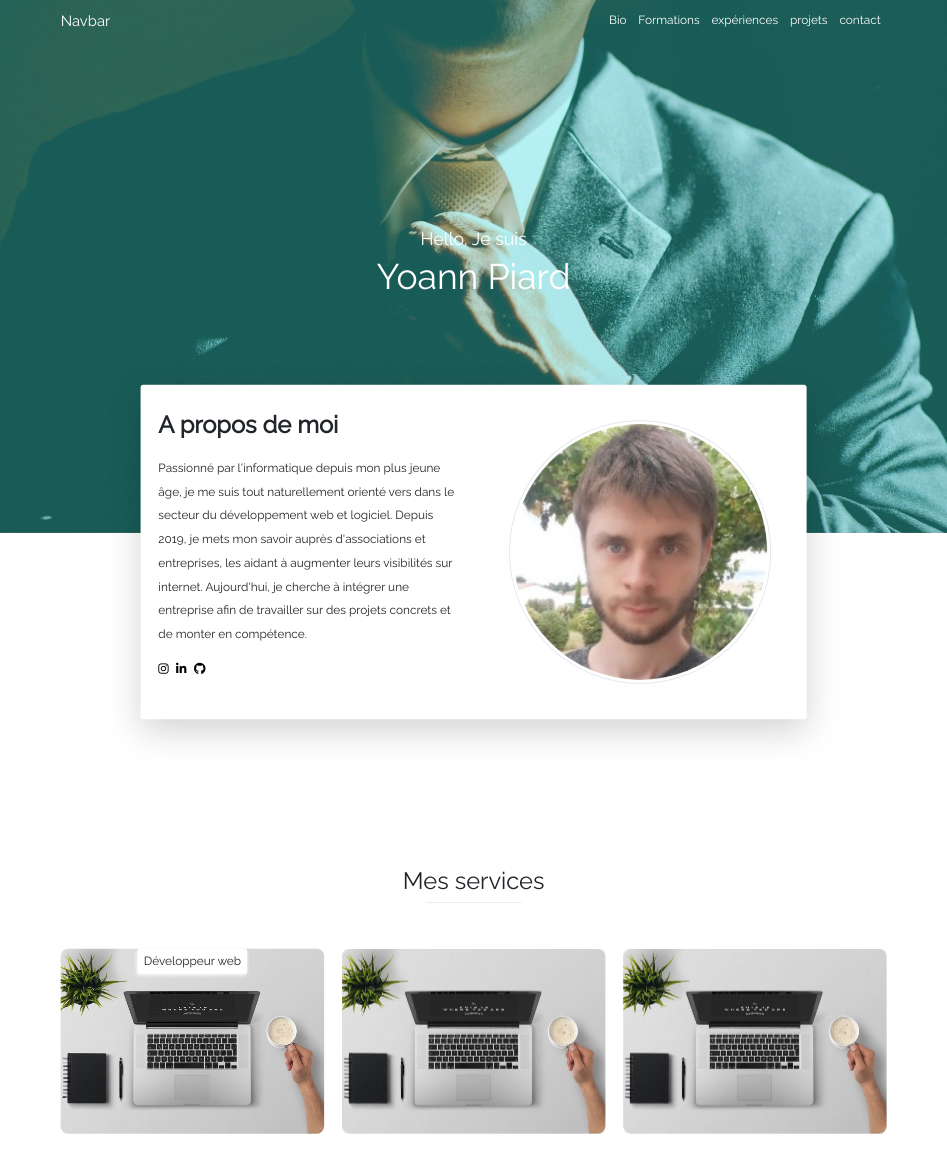
Repository: ypiard85/port-folio-bootstrap-yoann-2021
Page: index.html
An editor plug-in stored every save of this project. The page is shown before and after the next save, followed by the edit.
The browser window is 1280 px wide. The pictures show the whole page, at 74% of full size.
The pointer rests on the first visible `.service_card`.

Above is the page before, as saved 2021-03-09 16:00:09.
Console error: TypeError: window.onload is not a function

### index.html
<!DOCTYPE html>
<html lang="en">
  <head>
    <meta charset="UTF-8" />
    <meta http-equiv="X-UA-Compatible" content="IE=edge" />
    <meta name="viewport" content="width=device-width, initial-scale=1.0" />
    <link rel="stylesheet" href="https://use.fontawesome.com/releases/v5.15.2/css/all.css" integrity="sha384-vSIIfh2YWi9wW0r9iZe7RJPrKwp6bG+s9QZMoITbCckVJqGCCRhc+ccxNcdpHuYu" crossorigin="anonymous">    <!-- CSS only -->
    <link rel="stylesheet" href="./resource/style.css" />
    <link
      href="https://cdn.jsdelivr.net/npm/bootstrap@5.0.0-beta2/dist/css/bootstrap.min.css"
      rel="stylesheet"
      integrity="sha384-BmbxuPwQa2lc/FVzBcNJ7UAyJxM6wuqIj61tLrc4wSX0szH/Ev+nYRRuWlolflfl"
      crossorigin="anonymous"
    />
    <title>Document</title>
  </head>
  <body>
    <nav class="navbar position-fixed w-100 navbar-expand-lg navbar-light">
      <div class="container">
        <a class="navbar-brand" href="#">Navbar</a>
        <button
          class="navbar-toggler"
          type="button"
          data-bs-toggle="collapse"
          data-bs-target="#navbarNav"
          aria-controls="navbarNav"
          aria-expanded="false"
          aria-label="Toggle navigation"
        >
          <span class="navbar-toggler-icon"></span>
        </button>
        <div class="collapse navbar-collapse" id="navbarNav">
          <ul class="navbar-nav">
            <li class="nav-item">
              <a class="nav-link active" aria-current="page" href="#bio">Bio</a>
            </li>
            <li class="nav-item">
              <a class="nav-link" href="#formation">Formations</a>
            </li>
            <li class="nav-item">
              <a class="nav-link" href="#experience">expériences</a>
            </li>
            <li class="nav-item">
              <a class="nav-link" href="#projet">projets</a>
            </li>
            <li class="nav-item">
              <a class="nav-link" href="#contact">contact</a>
            </li>
          </ul>
        </div>
      </div>
    </nav>

    <header
      class="container-fluid flex-column
          d-flex align-items-center justify-content-center"
    >
      <h4>Hello, Je suis</h4>
      <h1>Yoann Piard</h1>
    </header>

    <section class="about_me in container">
      <div class="about_card rounded shadow-lg">
        <div class="container">
          <div class="row">
            <div class="col-md-6  col-sm-12 p-3 p-sm-4 align-self-center">
              <h2 class="mb-4" >A propos de moi</h2>
              <p>
                Passionné par l'informatique depuis mon plus jeune âge, je me
                suis tout naturellement orienté vers dans le secteur du
                développement web et logiciel. Depuis 2019, je mets mon savoir
                auprès d'associations et entreprises, les aidant à augmenter
                leurs visibilités sur internet. Aujourd'hui, je cherche à
                intégrer une entreprise afin de travailler sur des projets
                concrets et de monter en compétence.
              </p>
              <ul class="d-flex">
                  <li><a href=""><i class="fab fa-instagram"></i></a></li>
                  <li><a href=""><i class="fab fa-linkedin-in"></i></a></li>
                  <li><a href=""><i class="fab fa-github"></i></a></li>
              </ul>
            </div>
            <div class="col-md-6 col-sm-12 p-3 p-sm-5 d-none d-md-block">
              <img class="img-fluid img-thumbnail" src="./resource/image/yoann_piard.png" alt="" />
            </div>
          </div>
        </div>
      </div>
    </section>

    <section class="my_work">
        <div class="container">
            <h2 class="ttile_section text-center mb-5">Mes services</h2>
            <div class="row pt-4 pb-4">
                <div class="col-md-4">
                    <div class="service_card" style="background-image: url('./resource/services/laptop-1209008_1280.jpg')">
                        <div class="service_btn"><p class="rounded">Développeur web</p></div>
                        <div class="service_hover rounded"></div>
                    </div>
                </div>
                <div class="col-md-4">
                    <div class="service_card" style="background-image: url('./resource/services/laptop-1209008_1280.jpg')"></div>

                </div>
                <div class="col-md-4">
                    <div class="service_card" style="background-image: url('./resource/services/laptop-1209008_1280.jpg')"></div>

                </div>
            </div>
        </div>
    </section>

    <!-- JavaScript Bundle with Popper -->
    <script
      src="https://cdn.jsdelivr.net/npm/bootstrap@5.0.0-beta2/dist/js/bootstrap.bundle.min.js"
      integrity="sha384-b5kHyXgcpbZJO/tY9Ul7kGkf1S0CWuKcCD38l8YkeH8z8QjE0GmW1gYU5S9FOnJ0"
      crossorigin="anonymous"
    ></script>
    <script src="https://unpkg.com/scrollreveal"></script>
    <script src="./resource/scrollreveal.js"></script>
    <script src="./resource/app.js"></script>
    <script>window.onload(scrollEffect()) </script>
  </body>
</html>

### resource/style.css
@import url('https://fonts.googleapis.com/css2?family=Raleway&display=swap');

*{
    transition: 0.3s;
}

body{
    font-family: 'Raleway', sans-serif!important;
}


.navbar-collapse{
    flex-grow: 0!important;
}

nav a{
    color: white!important;
}

header{
    height: 100vh;
    background: gray;
    background-image: linear-gradient(90deg, rgba(0,231,249,0.2780462526807598) 100%, rgba(0,4,24,0.4405112386751575) 74%), url('./image/about-section.jpg');
    background-repeat: no-repeat;
    background-size: cover;
    background-position: top center;
    color: white;
}

header h1{
    font-weight: normal;
    font-size: 3em;
}

.about_card{
    margin: auto;
    width: 900px;
    max-width: 100%;
    background-color: white;
}

.about_card a{
    font-family: Arial!important;
}

.about_me h2{
    font-weight: bold;
}

.about_card img{
    width: 100%;
    border-radius: 50%;
}

.about_card ul{
    list-style: none;
    padding: 0;
}

.about_card i{
    font-size: 1em;
    color: black;
}

.about_card{
    line-height: 2em;
}

.about_card li{
    margin-right: 10px;
}

.in{
    transform: translateY(-200px);
}

.ttile_section{
    position: relative;
}

.ttile_section::after{
    content: '';
    position: absolute;
    width: 130px;
    height: 1px;
    background-color: rgb(233, 231, 231);
    bottom: -10px;
    left:0;
    right: 0;
    margin: auto;
}

.service_card{
    height: 250px;
    background-position: center;
    background-size: cover;
    border-radius: 10px;
    position: relative;
    transition: 1s!important;
}

.service_btn{
    display: flex;
    justify-content: center;
    height: 100%;
    align-items: center;
}

.service_btn p{
    background-color: white;
    padding: 5px 8px;
    box-shadow: -1px 2px 5px 1px rgba(255, 255, 255, 0.7),
    -1px 2px 20px rgba(255, 255, 255, 0.6) inset;
}

.service_hover{
    position: absolute;
    top:0;
    bottom:0;
    left:0;
    right:0;
    background-color: orange;
    display: none;
}

.service_card:hover{

}

.service_card:hover .service_btn{
    animation: service_btn 1s linear forwards;
}

.service_card:hover .service_hover{
    animation: hoverService 1s;
}

@keyframes service_btn{
    from{
        transform: translateY(0px);
    }
    to{
        transform: translateY(-100px);
    }
}

@keyframes service_card{
    from{
        transform: rotate(0deg);
    }
    to{
        transform: rotate(-150deg);
    }
}

### resource/scrollreveal.js
function scrollEffect(){


    ScrollReveal().reveal('.about_me', {
        delay: 150,
        duration: 1000,
        reset: true,
        origin: 'bottom',
        distance: '30%'
    });

}

### resource/app.js
ScrollReveal().reveal('.about_me', {
    delay: 250,
    duration: 1000,
    reset: true,
    origin: 'bottom',
    distance: '20%'
});

After the next save:
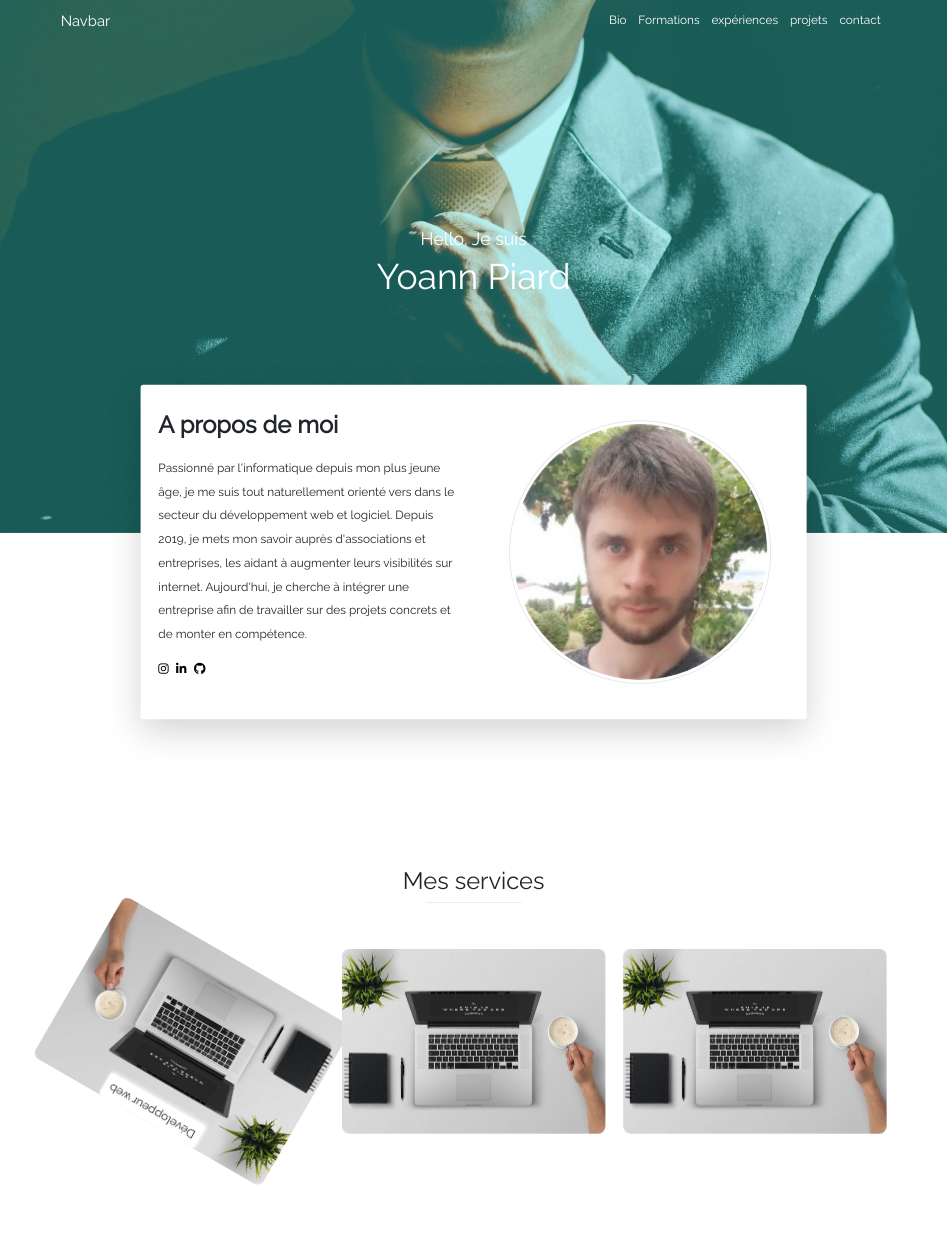
Saved 22 s later.
--- a/resource/style.css
+++ b/resource/style.css
@@ -124,15 +124,15 @@ header h1{
 }
 
 .service_card:hover{
-
+    animation: service_card forwards 1s;
 }
 
 .service_card:hover .service_btn{
-    animation: service_btn 1s linear forwards;
+    animation: service_btn 1s forwards;
 }
 
 .service_card:hover .service_hover{
-    animation: hoverService 1s;
+
 }
 
 @keyframes service_btn{
